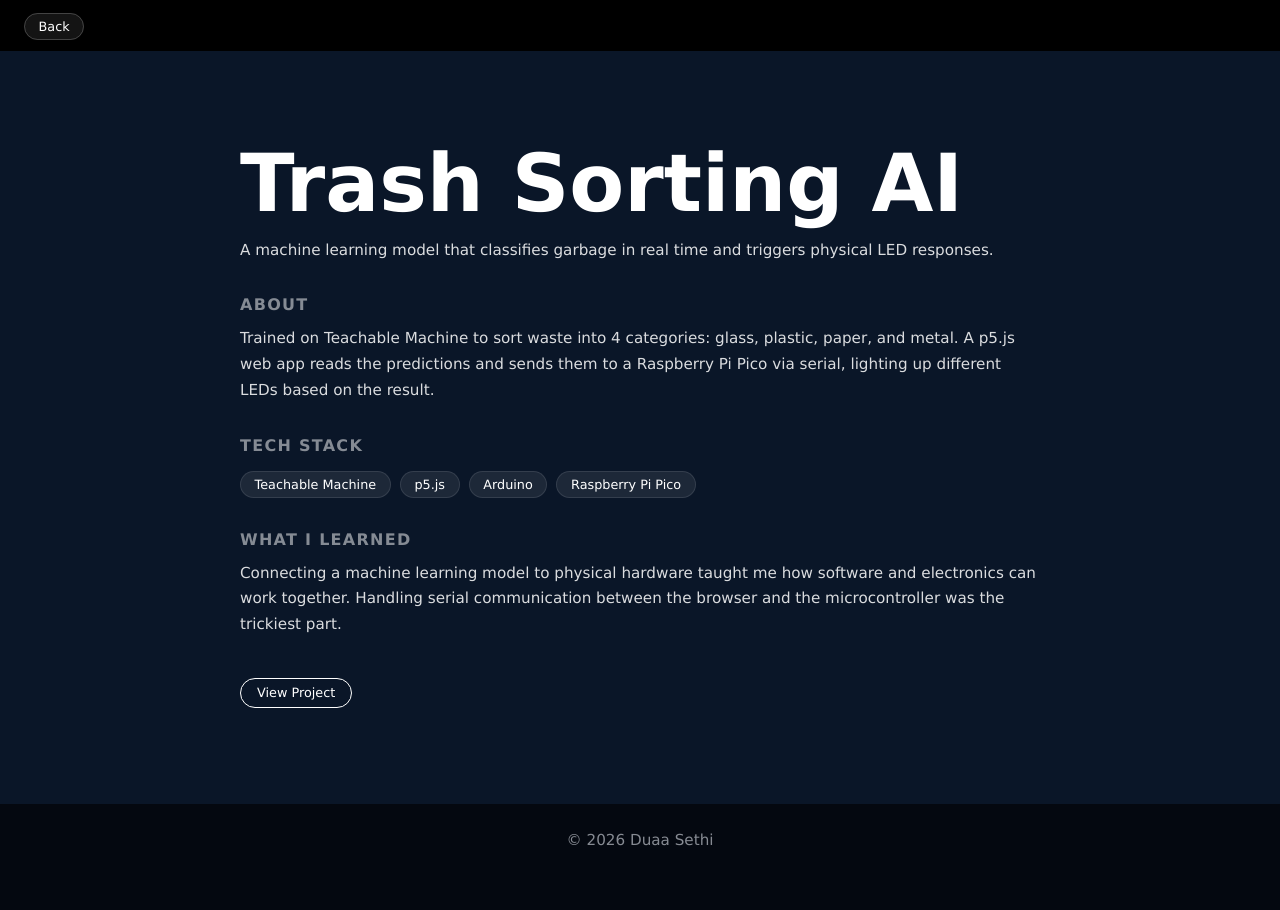
Repository: Duaa-Sethi/Duaa-Sethi
Page: pages/trash-sorting.html
The author's editor kept a copy of each file at every save. The page is drawn from the files as they stood at one save, then again after the next save.
The browser window is 1280 px wide. The pictures show the whole page.
Some web fonts or font styles are not loaded; a fallback is used.

Above is the page before, as saved 2026-05-08 17:41:44.

### pages/trash-sorting.html
<!doctype html>
<html lang="en">
  <head>
    <meta charset="UTF-8" />
    <meta name="viewport" content="width=device-width, initial-scale=1.0" />
    <title>Trash Sorting AI | Duaa Sethi</title>
    <link rel="stylesheet" href="../styles/globals.css" />
    <link rel="stylesheet" href="../styles/project.css" />
  </head>
  <body>
    <nav>
      <ul>
        <li><a href="../index.html" class="tag">Back</a></li>
      </ul>
    </nav>

    <main>
      <h1>Trash Sorting AI</h1>
      <p>
        A machine learning model that classifies garbage in real time and
        triggers physical LED responses.
      </p>

      <h2>About</h2>
      <p>
        Trained on Teachable Machine to sort waste into 4 categories: glass,
        plastic, paper, and metal. A p5.js web app reads the predictions and
        sends them to a Raspberry Pi Pico via serial, lighting up different LEDs
        based on the result.
      </p>

      <h2>Tech Stack</h2>
      <ul class="tags">
        <li>Teachable Machine</li>
        <li>p5.js</li>
        <li>Arduino</li>
        <li>Raspberry Pi Pico</li>
      </ul>

      <h2>What I Learned</h2>
      <p>
        Connecting a machine learning model to physical hardware taught me how
        software and electronics can work together. Handling serial
        communication between the browser and the microcontroller was the
        trickiest part.
      </p>

      <a
        href="https://editor.p5js.org/duairfansethi/full/mdRLpCkG2"
        target="blank"
        class="btn"
        >View Project</a
      >
    </main>

    <footer>
      <p>© 2026 Duaa Sethi</p>
    </footer>
  </body>
</html>

### styles/globals.css
/* FONT DEFS */
@font-face {
  font-family: "main font";
  src: url(../assets/fonts/NewsCycle-Regular.ttf);
}

/* CROSS PAGE STYLES */
body {
  font-family: "main font", Verdana, sans-serif;
  color: white;
  margin: 0;
}

h1 {
  font-weight: bold;
  font-size: 1.5rem; /* too small for desktop*/
}

a {
  text-decoration: none;
  color: white;
}
h2,
h3 {
  margin: 0;
}
a:hover {
  text-decoration: underline;
}
ul {
  list-style: none;
  padding: 0;
  margin: 0;
}

### styles/project.css
body {
  background-color: #0a1628;
}

nav {
  position: sticky;
  top: 0;
  background-color: black;
  padding: 0 1.5rem;
}

nav ul {
  display: flex;
  padding: 1rem 0;
}

.tag {
  background-color: rgba(255, 255, 255, 0.08);
  border: 1px solid rgba(255, 255, 255, 0.2);
  border-radius: 20px;
  padding: 0.3rem 0.85rem;
  font-size: 0.8rem;
}

.tag:hover {
  background-color: rgba(255, 255, 255, 0.15);
  text-decoration: none;
}

main {
  max-width: 800px;
  margin: 0 auto;
  padding: 2rem 1.5rem;
}

h1 {
  font-size: 2rem;
  margin-bottom: 0.5rem;
}

h2 {
  font-size: 1rem;
  opacity: 0.5;
  text-transform: uppercase;
  letter-spacing: 0.08em;
  margin-bottom: 0.75rem;
}

p {
  font-size: 0.95rem;
  line-height: 1.7;
  opacity: 0.85;
  margin: 0 0 2rem 0;
}

.tags li {
  display: inline-block;
  background-color: rgba(255, 255, 255, 0.08);
  border: 1px solid rgba(255, 255, 255, 0.1);
  border-radius: 20px;
  padding: 0.3rem 0.85rem;
  font-size: 0.8rem;
  margin: 0.25rem 0.25rem 2rem 0;
}

.btn {
  display: inline-block;
  border: 1px solid white;
  padding: 0.4rem 1rem;
  border-radius: 20px;
  font-size: 0.8rem;
  margin-top: 0.5rem;
}

.btn:hover {
  background-color: white;
  color: #0a1628;
  text-decoration: none;
}

footer {
  text-align: center;
  padding: 1.5rem;
  background-color: black;
  font-size: 0.85rem;
  opacity: 0.6;
  margin-top: 4rem;
}

@media (min-width: 600px) {
  h1 {
    font-size: 3.5rem;
  }
}

@media (min-width: 992px) {
  h1 {
    font-size: 5rem;
  }
}

After the next save:
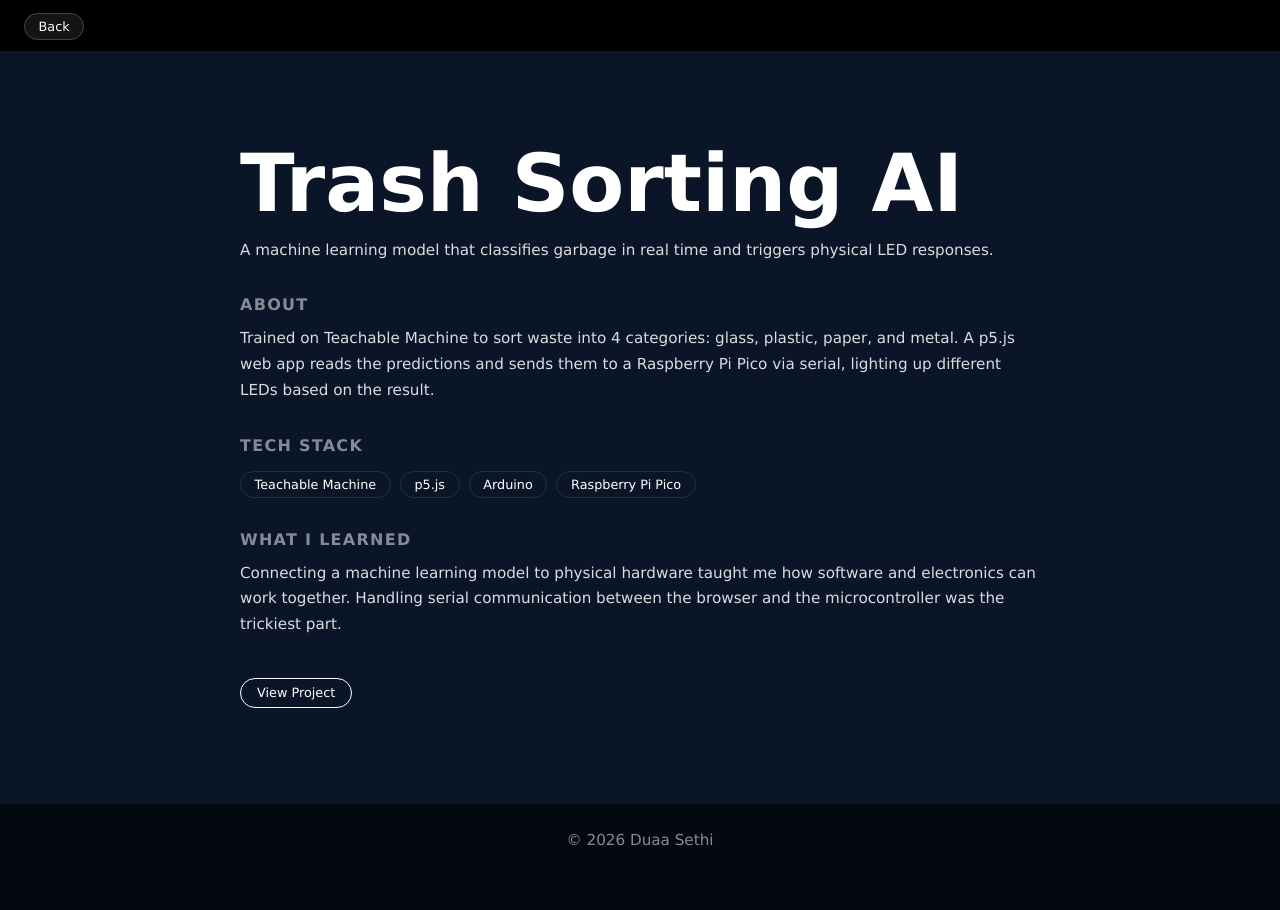
Saved 6 s later.
--- a/styles/project.css
+++ b/styles/project.css
@@ -55,7 +55,7 @@ p {
 
 .tags li {
   display: inline-block;
-  background-color: rgba(255, 255, 255, 0.08);
+  border: 1px solid rgba(255, 255, 255, 0.1);
   border: 1px solid rgba(255, 255, 255, 0.1);
   border-radius: 20px;
   padding: 0.3rem 0.85rem;
